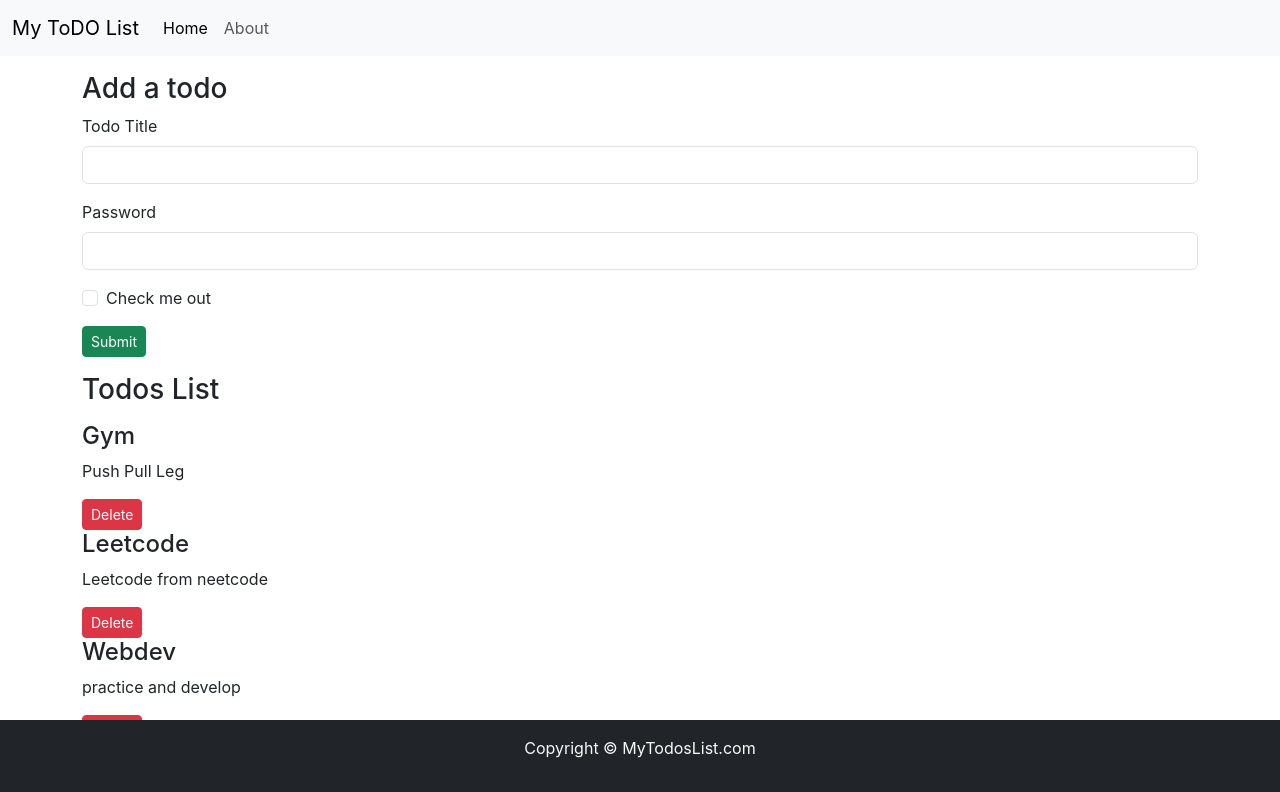
Repository: AshwinUgale/ToDoList
Page: /
An editor plug-in stored every save of this project. The page is shown before and after the next save, followed by the edit.
The browser window is 1280 px wide. The pictures show the whole page.
The project was rebuilt for these pictures with package versions that can differ from the ones it lists, and the page was loaded fresh each time. Also part of the build but not shown: src/App.css.

Above is the page before, as saved 2024-12-21 17:05:22.

### public/index.html
<!DOCTYPE html>
<html lang="en">
  <head>
    <meta charset="utf-8" />
    <link rel="icon" href="%PUBLIC_URL%/favicon.ico" />
    <meta name="viewport" content="width=device-width, initial-scale=1" />
    <meta name="theme-color" content="#000000" />
    <meta
      name="description"
      content="Web site created using create-react-app"
    />
    <link rel="apple-touch-icon" href="%PUBLIC_URL%/logo192.png" />

    <link rel="manifest" href="%PUBLIC_URL%/manifest.json" />
    <link href="https://cdn.jsdelivr.net/npm/bootstrap@5.3.3/dist/css/bootstrap.min.css" rel="stylesheet" integrity="sha384-QWTKZyjpPEjISv5WaRU9OFeRpok6YctnYmDr5pNlyT2bRjXh0JMhjY6hW+ALEwIH" crossorigin="anonymous">
    <title>Todos List</title>
  </head>
  <body>
    <noscript>You need to enable JavaScript to run this app.</noscript>
    <div id="root"></div>


  </body>
  <script src="https://cdn.jsdelivr.net/npm/bootstrap@5.3.3/dist/js/bootstrap.bundle.min.js" integrity="sha384-YvpcrYf0tY3lHB60NNkmXc5s9fDVZLESaAA55NDzOxhy9GkcIdslK1eN7N6jIeHz" crossorigin="anonymous"></script>
</html>

### src/App.js

import './App.css';
import Header from './MyComponents/Header';
import {Footer} from "./MyComponents/Footer";
import {Todos} from "./MyComponents/Todos";
import React, {useState} from 'react';
import { AddTodo } from "./MyComponents/AddTodo";

function App() {
  const onDelete = (todo)=>{
    console.log("Delete",todo)
    setTodos(todos.filter((e)=>{
        return e!==todo;
    }))
  }

  const [todos,setTodos]=useState([
    {
      sno: 1,
      title: "Gym",
      desc: "Push Pull Leg"
    },
    {
      sno: 2,
      title: "Leetcode",
      desc: "Leetcode from neetcode"
    },
    {
      sno: 3,
      title: "Webdev",
      desc: "practice and develop "
    },
  ])
  return (
    <>
    <Header title="My ToDO List" searchBar={false}/>
    <AddTodo/>
    <Todos todos={todos} onDelete={onDelete}/>
    <Footer/>
    </>
  );
}

export default App;

### src/MyComponents/Header.js
import React from 'react';
import PropTypes from 'prop-types';
export default function Header({ title = "Your Title Here", searchBar = true }) {
    console.log("Props received in Header:", {title,searchBar});
  return (
    <nav className="navbar navbar-expand-lg bg-body-tertiary">
      <div className="container-fluid">
        <a className="navbar-brand" href="#">{title}</a>
        <button
          className="navbar-toggler"
          type="button"
          data-bs-toggle="collapse"
          data-bs-target="#navbarSupportedContent"
          aria-controls="navbarSupportedContent"
          aria-expanded="false"
          aria-label="Toggle navigation"
        >
          <span className="navbar-toggler-icon"></span>
        </button>
        <div className="collapse navbar-collapse" id="navbarSupportedContent">
          <ul className="navbar-nav me-auto mb-2 mb-lg-0">
            <li className="nav-item">
              <a className="nav-link active" aria-current="page" href="#">Home</a>
            </li>
            <li className="nav-item">
              <a className="nav-link" href="#">About</a>
            </li>

          </ul>
          {searchBar?<form className="d-flex" role="search">
            <input
              className="form-control me-2"
              type="search"
              placeholder="Search"
              aria-label="Search"
            />
            <button className="btn btn-outline-success" type="submit">
              Search
            </button>
          </form>:""}
        </div>
      </div>
    </nav>
  )
}

Header.defaultProps ={
    title: "Your Title Here",
    searchBar: true
}

Header.propTypes = {
    title: PropTypes.string,
    searchBar: PropTypes.bool,
  };

### src/MyComponents/Footer.js
import React from 'react'

export const Footer = () => {
  let footerStyle = {
    position: "absolute",
    top: "100vh",
    width: "100%",
  }
  return (
    <footer className='bg-dark text-light py-3' style={footerStyle}>
        <p className='text-center'>
          Copyright &copy; MyTodosList.com
        </p>
    </footer>
  )
}

### src/MyComponents/Todos.js
import React from 'react'
import {TodoItem } from "../MyComponents/TodoItem";

export const Todos = (props) => {
  return (
    <div className="container">
        <h3 className="my-3">Todos List</h3>
        {props.todos.length===0? "No todos to display":
        props.todos.map((todo)=>{
          return <TodoItem todo={todo} key={todo.sno} onDelete={props.onDelete}/>
        })
        }

    </div>
  )
}

### src/MyComponents/AddTodo.js
import React from 'react'

export const AddTodo = () => {
  return (
    <div className='container my-3'>
        <h3>Add a todo</h3>
        <form>
    <div class="mb-3">
      <label for="title" class="form-label">Todo Title</label>
      <input type="text" class="form-control" id="title" aria-describedby="emailHelp"/>

    </div>
    <div class="mb-3">
      <label for="desc" class="form-label">Password</label>
      <input type="password" class="form-control" id="exampleInputPassword1"/>
    </div>
    <div class="mb-3 form-check">
      <input type="checkbox" class="form-check-input" id="exampleCheck1"/>
      <label class="form-check-label" for="exampleCheck1">Check me out</label>
    </div>
    <button type="submit" class="btn btn-sm btn-success">Submit</button>
  </form>
  </div>
  )
}

### src/MyComponents/TodoItem.js
import React from 'react'

export const TodoItem = ({todo,onDelete}) => {
  return (
    <div>
        <h4>{todo.title}</h4>
        <p>{todo.desc}</p>
        <button className="btn btn-sm btn-danger" onClick={()=>{onDelete(todo)}}>Delete</button>
    </div>
  )
}

Loaded but not shown: src/index.js (common file); src/index.css (common file); src/reportWebVitals.js (common file)

After the next save:
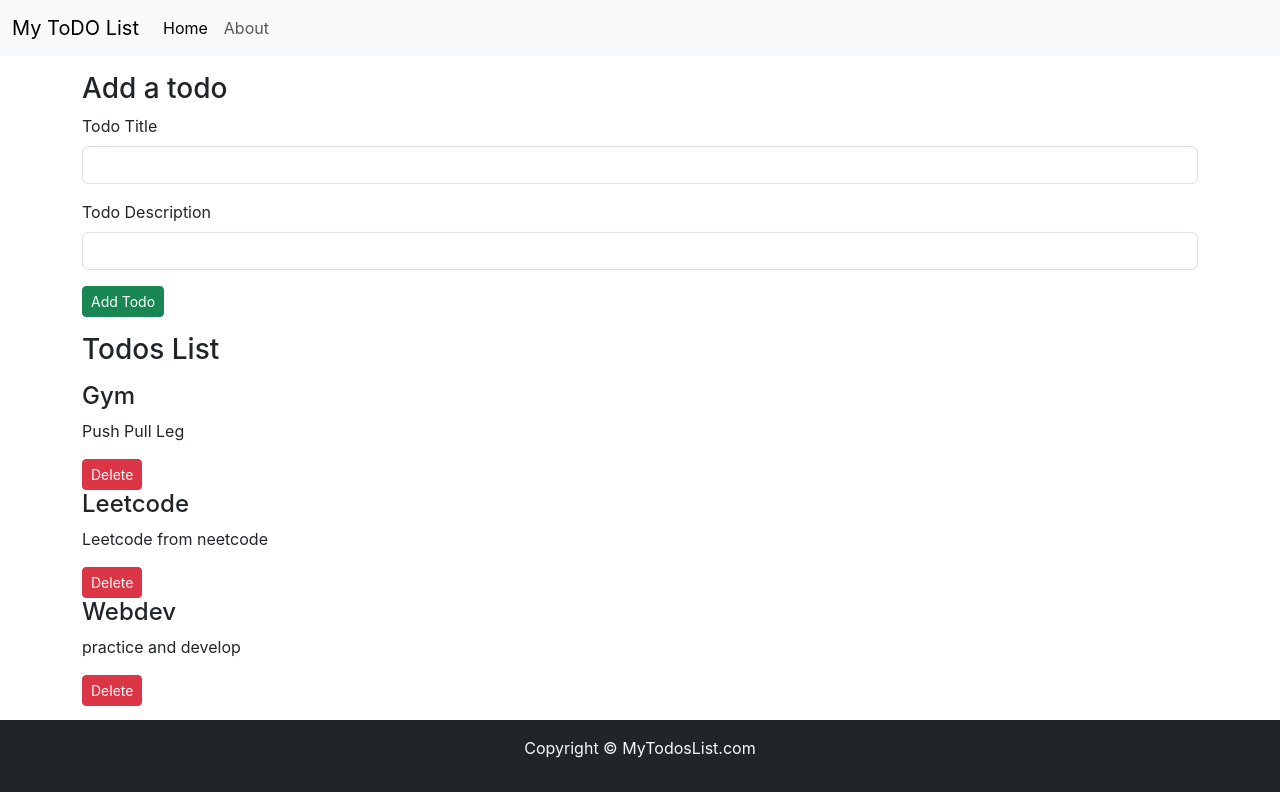
Saved 62 s later.
--- a/src/MyComponents/AddTodo.js
+++ b/src/MyComponents/AddTodo.js
@@ -11,14 +11,10 @@ export const AddTodo = () => {
 
     </div>
     <div class="mb-3">
-      <label for="desc" class="form-label">Password</label>
-      <input type="password" class="form-control" id="exampleInputPassword1"/>
+      <label for="desc" class="form-label">Todo Description</label>
+      <input type="text" class="form-control" id="desc"/>
     </div>
-    <div class="mb-3 form-check">
-      <input type="checkbox" class="form-check-input" id="exampleCheck1"/>
-      <label class="form-check-label" for="exampleCheck1">Check me out</label>
-    </div>
-    <button type="submit" class="btn btn-sm btn-success">Submit</button>
+    <button type="submit" class="btn btn-sm btn-success">Add Todo</button>
   </form>
   </div>
   )
